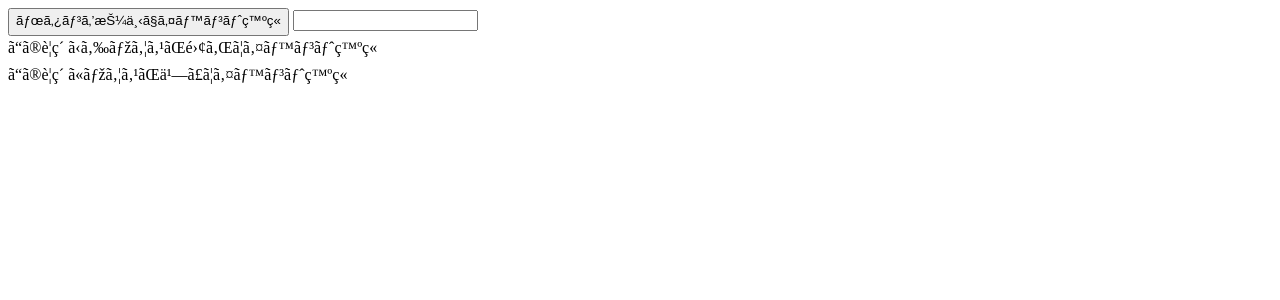
Repository: U-dias/work3
Page: java練習/java.html
The author's editor kept a record of every edit. The page is drawn from the files as they stood at one moment, then again after the next edit.
The browser window is 1280 px wide. The pictures show the whole page.

Above is the page before.

### java練習/java.html
<!DOGTYPE html>
<html lang="ja">
  <head>

  </head>
  <body>

    <script type="text/javascipt" src="java.js" charset="utf-8"></script>

    <div>
      <button class="button" onclick=eventA();>ボタンを押下でイベント発火</button>
      <input class="input" type=test oninput=eventB();placeolder="ここに文字を入力する度にイベント発火">
      <div class="block_a" onmouseout=eventC();>この要素からマウスが離れてイベント発火</div>
      <div class="block_b" onmouseover=eventD();>この要素にマウスが乗ってイベント発火</div>
    </div>
  </body>
</html>

After the next edit:
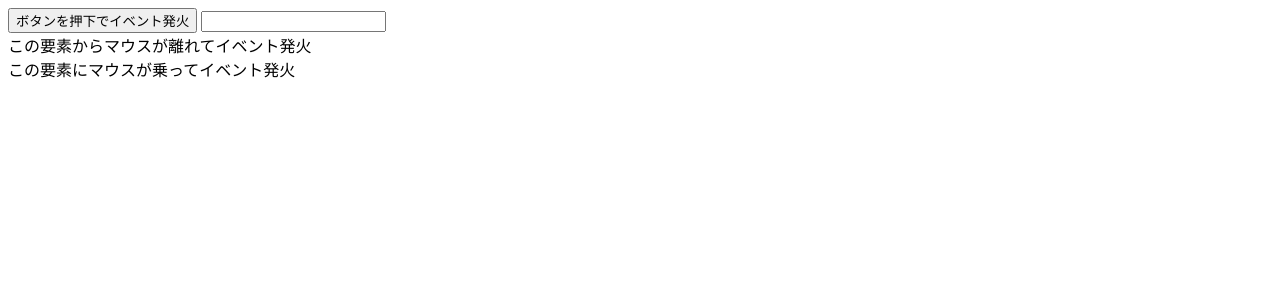
The edit:
--- a/java練習/java.html
+++ b/java練習/java.html
@@ -1,6 +1,6 @@
-<!DOGTYPE html>
-<html lang="ja">
+<!doctype html>
   <head>
+    <meta charset="utf-8">
 
   </head>
   <body>
